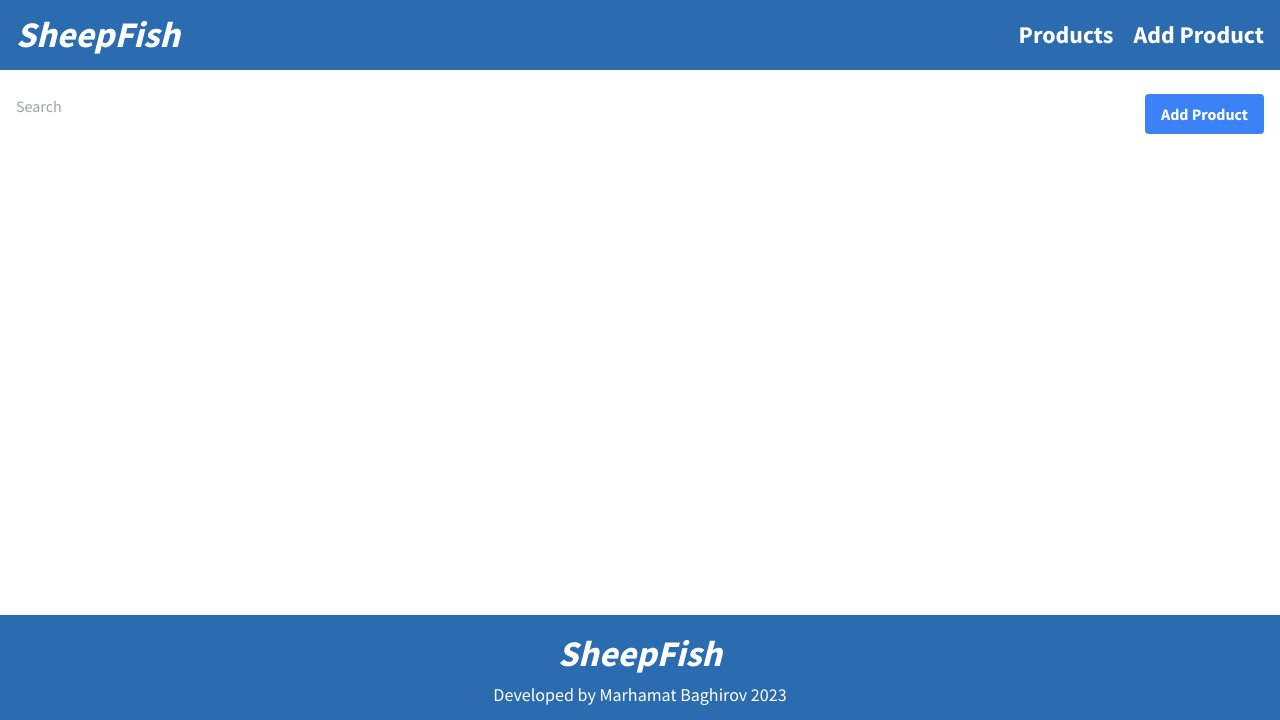
Repository: Marhamat92/sheep-fish-task
Page: /
An editor plug-in stored every save of this project. The page is shown before and after the next save, followed by the edit.
The browser window is 1280 px wide. The pictures show the whole page.
The project was rebuilt for these pictures with package versions that can differ from the ones it lists, and the page was loaded fresh each time. Also part of the build but not shown: src/App.css.

Above is the page before, as saved 2023-03-28 13:04:19.

### public/index.html
<!DOCTYPE html>
<html lang="en">

<head>
  <meta charset="utf-8" />
  <link rel="icon" href="%PUBLIC_URL%/favicon.ico" />
  <meta name="viewport" content="width=device-width, initial-scale=1" />
  <meta name="theme-color" content="#000000" />
  <meta name="description" content="Web site created using create-react-app" />
  <link rel="apple-touch-icon" href="%PUBLIC_URL%/logo192.png" />
  <link rel="preconnect" href="https://fonts.googleapis.com">
  <link rel="preconnect" href="https://fonts.gstatic.com" crossorigin>
  <link href="https://fonts.googleapis.com/css2?family=Source+Sans+Pro:wght@200;300;400;600;700;900&display=swap"
    rel="stylesheet">
  <!--
      manifest.json provides metadata used when your web app is installed on a
      user's mobile device or desktop. See https://developers.google.com/web/fundamentals/web-app-manifest/
    -->
  <link rel="manifest" href="%PUBLIC_URL%/manifest.json" />
  <!--
      Notice the use of %PUBLIC_URL% in the tags above.
      It will be replaced with the URL of the `public` folder during the build.
      Only files inside the `public` folder can be referenced from the HTML.

      Unlike "/favicon.ico" or "favicon.ico", "%PUBLIC_URL%/favicon.ico" will
      work correctly both with client-side routing and a non-root public URL.
      Learn how to configure a non-root public URL by running `npm run build`.
    -->
  <title>SheepFish</title>
</head>

<body>
  <noscript>You need to enable JavaScript to run this app.</noscript>
  <div id="root"></div>
  <!--
      This HTML file is a template.
      If you open it directly in the browser, you will see an empty page.

      You can add webfonts, meta tags, or analytics to this file.
      The build step will place the bundled scripts into the <body> tag.

      To begin the development, run `npm start` or `yarn start`.
      To create a production bundle, use `npm run build` or `yarn build`.
    -->
</body>

</html>

### src/index.css
@tailwind base;
@tailwind components;
@tailwind utilities;


body {
  font-family: 'Source Sans Pro', sans-serif;
}

code {
  font-family: 'Source Sans Pro', sans-serif;
}

### src/App.tsx
import React from "react";
import logo from "./logo.svg";
import "./App.css";
import Header from "./components/Header";
import Layout from "./Layout/Layout";
import BaseRouter from "./routes";

function App() {
  return (
    <div>
      <Layout>
        <BaseRouter />
      </Layout>
    </div>
  );
}

export default App;

### src/Layout/Layout.tsx
import React from "react";
import Header from "../components/Header";
import Footer from "../components/Footer";

type Props = {
  children: React.ReactNode;
};

const Layout = ({ children }: Props) => {
  return (
    <div>
      <Header />
      {children}
      <Footer />
    </div>
  );
};

export default Layout;

### src/routes.js
import { Route, Routes } from "react-router-dom";
import React from "react";
import ProductList from "./pages/Products/ProductList";
import AddProduct from "./pages/Products/AddProduct";

const BaseRouter = () => (
  <Routes>
    <Route exact path="/" element={
      <ProductList />
    } />
    <Route exact path="/products"
      element={
        <ProductList />
      }
    />
    <Route exact path="/products/add" element={
      <AddProduct />
    } />
  </Routes>
);

export default BaseRouter;

### src/components/Header.tsx
import React, { useEffect, useState } from "react";
import { Link } from "react-router-dom";
import { BiMenu } from "react-icons/bi";

type Props = {};

const Header = (props: Props) => {
  const [mobileMenu, setMobileMenu] = useState(false);
  const [showMobileMenu, setShowMobileMenu] = useState(false);

  const checkScreenSize = () => {
    if (window.innerWidth <= 768) {
      setMobileMenu(true);
    } else {
      setMobileMenu(false);
      setShowMobileMenu(false);
    }
  };

  useEffect(() => {
    checkScreenSize();
    window.addEventListener("resize", checkScreenSize);
    return () => {
      window.removeEventListener("resize", checkScreenSize);
    };
  }, [mobileMenu]);

  return (
    <div className=' bg-mainPrimary '>
      <div className='container flex flex-row justify-between items-center py-2'>
        <div>
          <h1
            className='
            text-4xl font-bold text-white italic
          '
          >
            SheepFish
          </h1>
        </div>
        {mobileMenu ? (
          <BiMenu
            onClick={() => {
              setShowMobileMenu(true);
            }}
            className='text-3xl text-white'
          />
        ) : (
          <div className='flex flex-row justify-between space-x-5'>
            <Link to='/products'>
              <div
                className='text-2xl font-bold text-white hover:underline transition-all duration-300
          cursor-pointer'
              >
                Products
              </div>
            </Link>
            <Link to='/products/add'>
              <div className='text-2xl font-bold text-white hover:underline transition-all duration-300 cursor-pointer'>
                Add Product
              </div>
            </Link>
          </div>
        )}
        {showMobileMenu && (
          <div className='bg-mainTertiary h-screen absolute top-0 left-0 right-0 '>
            <div className='flex flex-col justify-center items-center'>
              <div className='text-2xl font-bold text-white hover:underline transition-all duration-300 cursor-pointer'>
                Products
              </div>
              <div className='text-2xl font-bold text-white hover:underline transition-all duration-300 cursor-pointer'>
                Add Product
              </div>
            </div>
          </div>
        )}
      </div>
    </div>
  );
};

export default Header;

### src/components/Footer.tsx
import React from "react";

type Props = {};

const Footer = ({}: Props) => {
  return (
    <div className='bg-mainPrimary py-3 absolute bottom-0 w-full'>
      <div className='container mx-auto flex flex-col items-center justify-center'>
        <h1 className='text-4xl font-bold text-white italic text-center'>
          SheepFish
        </h1>
        <p className='text-white font-regular text-lg text-center'>
          Developed by Marhamat Baghirov {new Date().getFullYear()}
        </p>
      </div>
    </div>
  );
};

export default Footer;

### src/pages/Products/ProductList.tsx
import React from "react";
import SearchField from "../../components/SearchField";

type Props = {};

function ProductList({}: Props) {
  return (
    <div className='container mt-6'>
      <div className='flex justify-between'>
        <div>
          <SearchField />
        </div>
        <div>
          <button className='bg-blue-500 hover:bg-blue-700 text-white font-bold py-2 px-4 rounded'>
            Add Product
          </button>
        </div>
      </div>
    </div>
  );
}

export default ProductList;

### src/components/SearchField.tsx
import React from "react";

type Props = {};

const SearchField = (props: Props) => {
  return (
    <div>
      <input type='text' placeholder='Search' />
    </div>
  );
};

export default SearchField;

### tailwind.config.js
/** @type {import('tailwindcss').Config} */
module.exports = {
  content: ["./src/**/*.{js,jsx,ts,tsx}",],
  theme: {
    extend: {
      colors: {
        "textPrimary": "#1a202c",
        "textSecondary": "#2d3748",
        "textTertiary": "#4a5568",
        "mainPrimary": "#2b6cb0",
        "mainSecondary": "#4299e1",
        "mainTertiary": "#63b3ed",
        "success": "#48bb78",
        "danger": "#e53e3e",
        "warning": "#dd6b20",
        "info": "#3182ce",
        "light": "#f7fafc",
        "dark": "#1a202c",
        "white": "#fff",
        "black": "#000",
        //close this
      },
      fontFamily: {
        sans: ["Roboto", "sans-serif"],
      },
      fontSize: {
        "xs": ".75rem",
        "sm": ".875rem",
        "tiny": ".875rem",
        "base": "1rem",
        "lg": "1.125rem",
        "xl": "1.25rem",
        "2xl": "1.5rem",
        "3xl": "1.875rem",
        "4xl": "2.25rem",
        "5xl": "3rem",
        "6xl": "4rem",
        "7xl": "5rem",
        "8xl": "6rem",
        "9xl": "7rem",
        "10xl": "8rem",
      },
      spacing: {
        "0": "0",
        "1": "0.25rem",
        "2": "0.5rem",
        "3": "0.75rem",
        "4": "1rem",
        "5": "1.25rem",
        "6": "1.5rem",
        "8": "2rem",
      },
      boxShadow: {
        "xs": "0 0 0 1px rgba(0, 0, 0, 0.05)",
        "sm": "0 1px 2px 0 rgba(0, 0, 0, 0.05)",
        "default": "0 1px 3px 0 rgba(0, 0, 0, 0.1), 0 1px 2px 0 rgba(0, 0, 0, 0.06)",
        "md": "0 4px 6px -1px rgba(0, 0, 0, 0.1), 0 2px 4px -1px rgba(0, 0, 0, 0.06)",
        "lg": "0 10px 15px -3px rgba(0, 0, 0, 0.1), 0 4px 6px -2px rgba(0, 0, 0, 0.05)",
        "xl": "0 20px 25px -5px rgba(0, 0, 0, 0.1), 0 10px 10px -5px rgba(0, 0, 0, 0.04)",
        "2xl": "0 25px 50px -12px rgba(0, 0, 0, 0.25)",
      },
      screens: {
        "xs": "320px",
        "sm": "640px",
        "md": "768px",
        "lg": "1024px",
        "xl": "1280px",
        "2xl": "1536px",
      },

      container: {
        center: true,
        padding: "1rem",
      },

    },
    plugins: [




    ],
  }
}

Loaded but not shown: src/index.tsx (common file); src/reportWebVitals.ts (common file); src/pages/Products/AddProduct.tsx (no stored copy; drawn as an empty file)

After the next save:
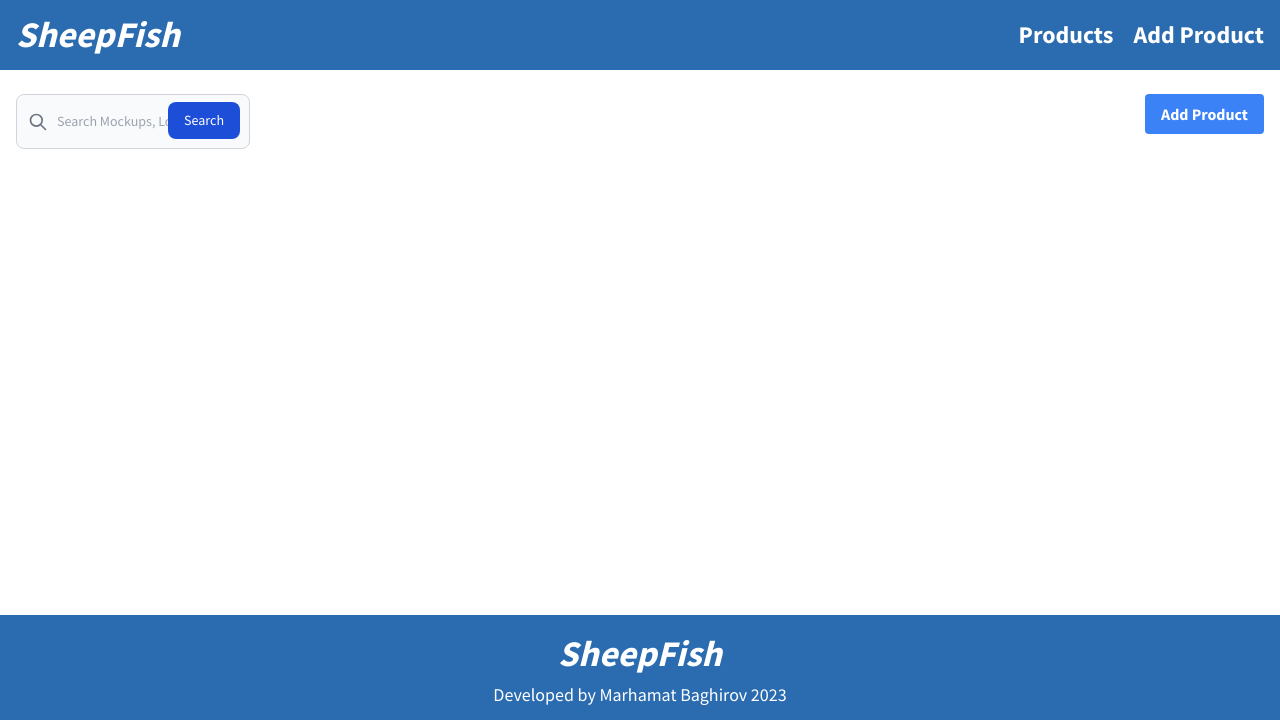
Saved 20 min 19 s later.
--- a/src/components/SearchField.tsx
+++ b/src/components/SearchField.tsx
@@ -4,9 +4,46 @@
 
 const SearchField = (props: Props) => {
   return (
-    <div>
-      <input type='text' placeholder='Search' />
-    </div>
+    <form>
+      <label
+        htmlFor='default-search'
+        className='mb-2 text-sm font-medium text-gray-900 sr-only dark:text-white'
+      >
+        Search
+      </label>
+      <div className='relative'>
+        <div className='absolute inset-y-0 left-0 flex items-center pl-3 pointer-events-none'>
+          <svg
+            aria-hidden='true'
+            className='w-5 h-5 text-gray-500 dark:text-gray-400'
+            fill='none'
+            stroke='currentColor'
+            viewBox='0 0 24 24'
+            xmlns='http://www.w3.org/2000/svg'
+          >
+            <path
+              stroke-linecap='round'
+              stroke-linejoin='round'
+              stroke-width='2'
+              d='M21 21l-6-6m2-5a7 7 0 11-14 0 7 7 0 0114 0z'
+            ></path>
+          </svg>
+        </div>
+        <input
+          type='search'
+          id='default-search'
+          className='block w-full p-4 pl-10 text-sm text-gray-900 border border-gray-300 rounded-lg bg-gray-50 focus:ring-blue-500 focus:border-blue-500 dark:bg-gray-700 dark:border-gray-600 dark:placeholder-gray-400 dark:text-white dark:focus:ring-blue-500 dark:focus:border-blue-500'
+          placeholder='Search Mockups, Logos...'
+          required
+        />
+        <button
+          type='submit'
+          className='text-white absolute right-2.5 bottom-2.5 bg-blue-700 hover:bg-blue-800 focus:ring-4 focus:outline-none focus:ring-blue-300 font-medium rounded-lg text-sm px-4 py-2 dark:bg-blue-600 dark:hover:bg-blue-700 dark:focus:ring-blue-800'
+        >
+          Search
+        </button>
+      </div>
+    </form>
   );
 };
 
